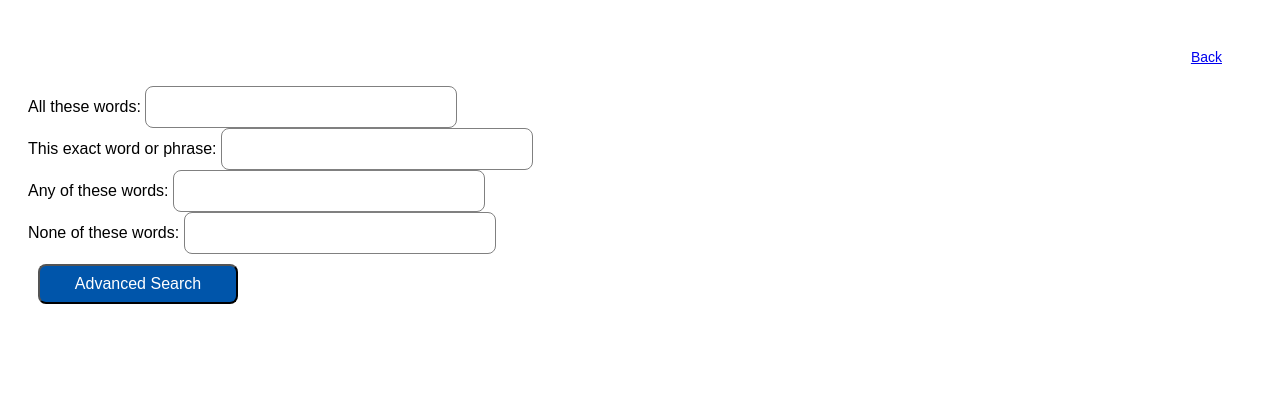
Repository: lyutok/cs50-search-project
Page: advanced.html
An editor plug-in stored every save of this project. The page is shown before and after the next save, followed by the edit.
The browser window is 1280 px wide. The pictures show the whole page.
The style sheet was rebuilt from its Sass, Less or Tailwind sources for each picture, by a compiler version that may differ from the author's.

Above is the page before, as saved 2025-07-07 12:32:10.

After the next save:
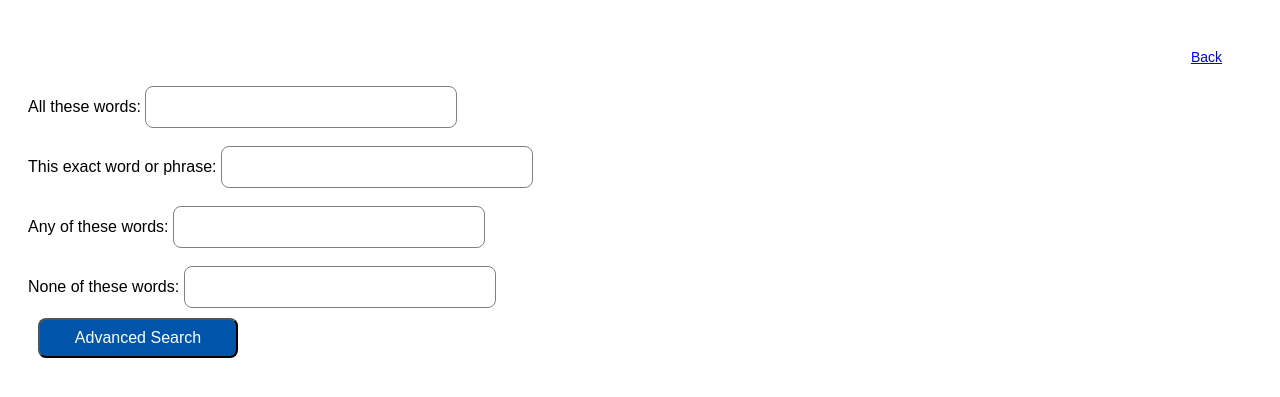
Saved 110 s later.
--- a/advanced.html
+++ b/advanced.html
@@ -12,13 +12,13 @@
     <form action="https://www.google.com/search">
         <label for="all-words">All these words:</label>
         <input type="text" id="all-words" name="as_q">
-        <br>
+        <br><br>
         <label for="exact-word">This exact word or phrase:</label>
         <input type="text" id="exact-word" name="as_epq">
-        <br>
+        <br><br>
         <label for="any-word">Any of these words:</label>
         <input type="text" id="any-word" name="as_oq">
-        <br>
+        <br><br>
         <label for="none-words">None of these words:</label>
         <input type="text" id="none-words" name="as_eq">
 
